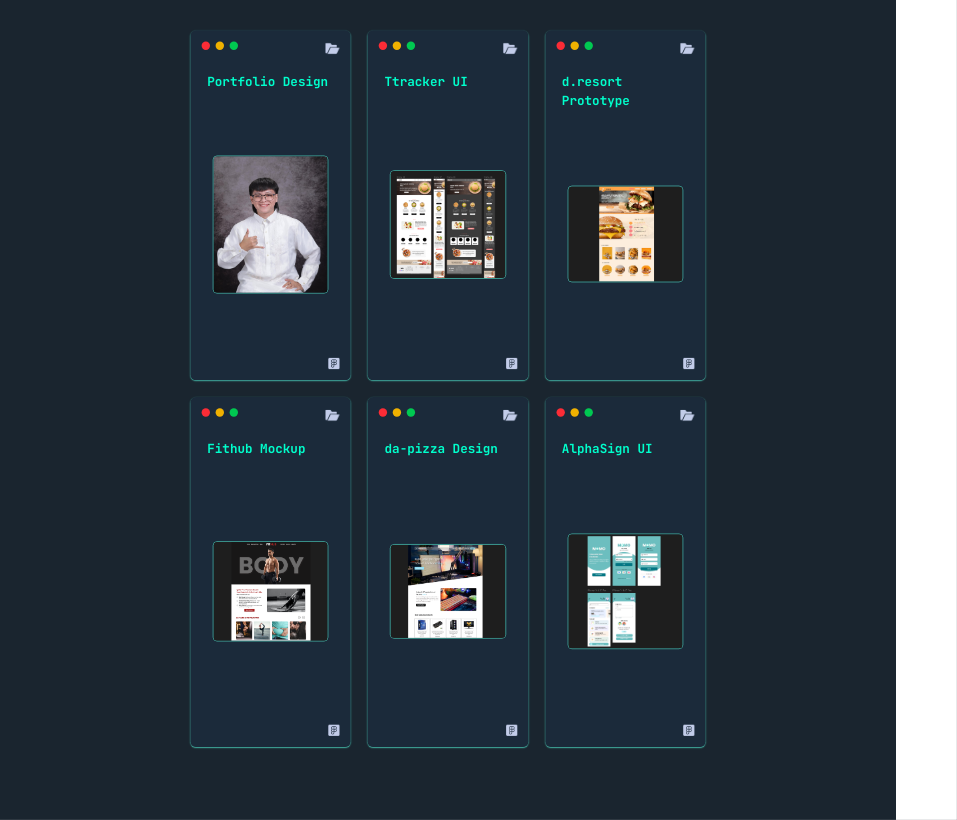
Repository: m4rsu-code/Portfolio
Page: / (app in my-portfolio/)
The author's editor kept a copy of each file at every save. The page is drawn from the files as they stood at one save, then again after the next save.
The browser window is 1280 px wide. The page is 1367 px wide, so the pictures cover 1367 px, including what lies to the right of the window. The pictures show the part of the page from y = 3745 to 5505 px (the page is 4917 px tall before and 5505 px after), at 70% of full size.
The project was rebuilt for these pictures with package versions that can differ from the ones it lists, and the page was loaded fresh each time. Also part of the build but not shown: my-portfolio/vite.config.js, my-portfolio/src/assets/components/Modal/AchievementModal.jsx, my-portfolio/src/AchievementsPage.jsx, my-portfolio/src/ProjectPage.jsx.

Above is the page before, as saved 2025-08-04 16:47:03.

After the next save:
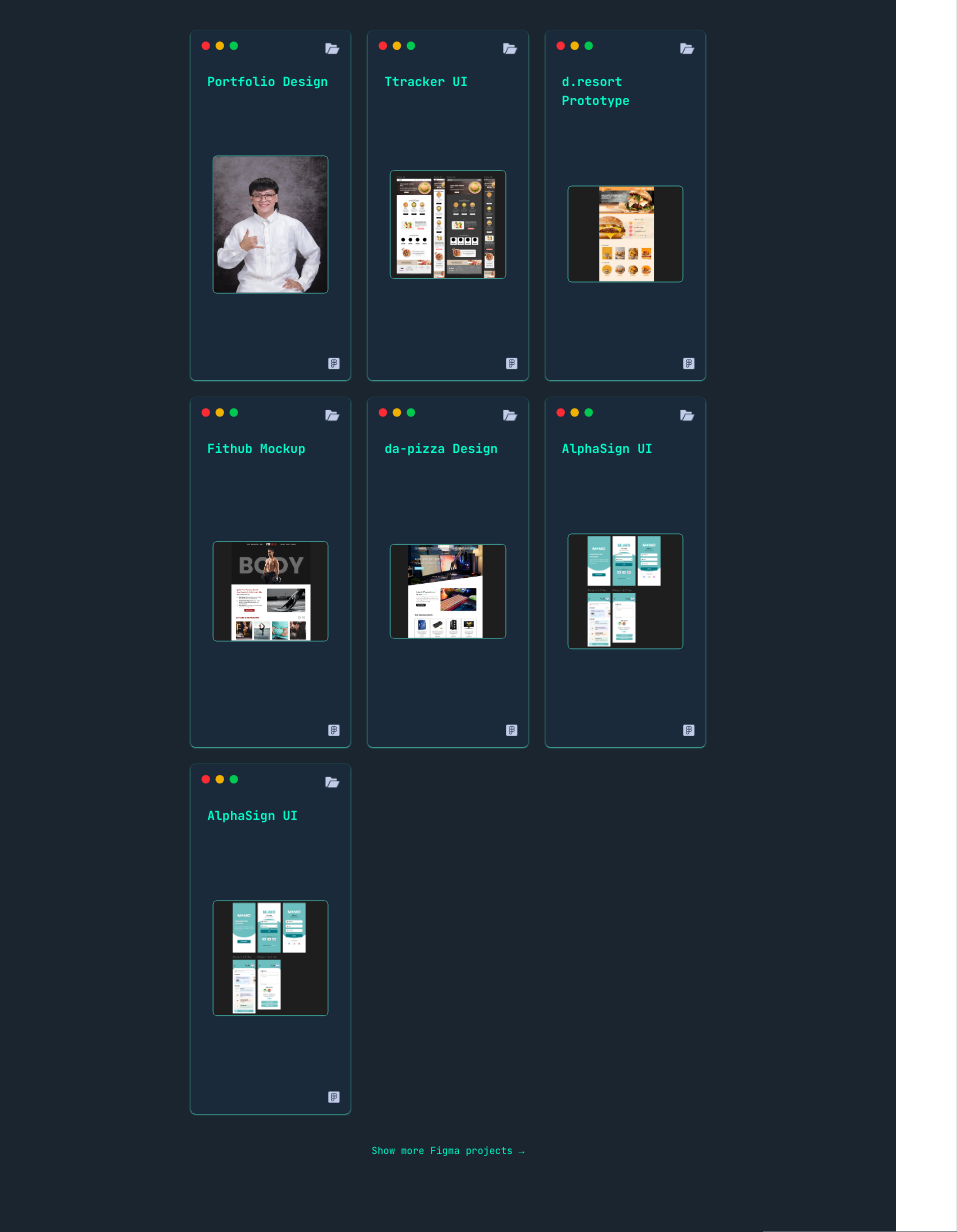
Saved 61 s later.
--- a/my-portfolio/src/App.jsx
+++ b/my-portfolio/src/App.jsx
@@ -90,6 +90,13 @@ function App() {
       image: '/Images/figma5.png',
       figmaLink: 'https://www.figma.com/file/your-dapizza-design-link',
     },
+    {
+      id: 6,
+      title: 'AlphaSign UI',
+      image: '/Images/figma6.png',
+      figmaLink: 'https://www.figma.com/file/your-alphasign-ui-link',
+    },
+
     {
       id: 6,
       title: 'AlphaSign UI',

After the save that followed:
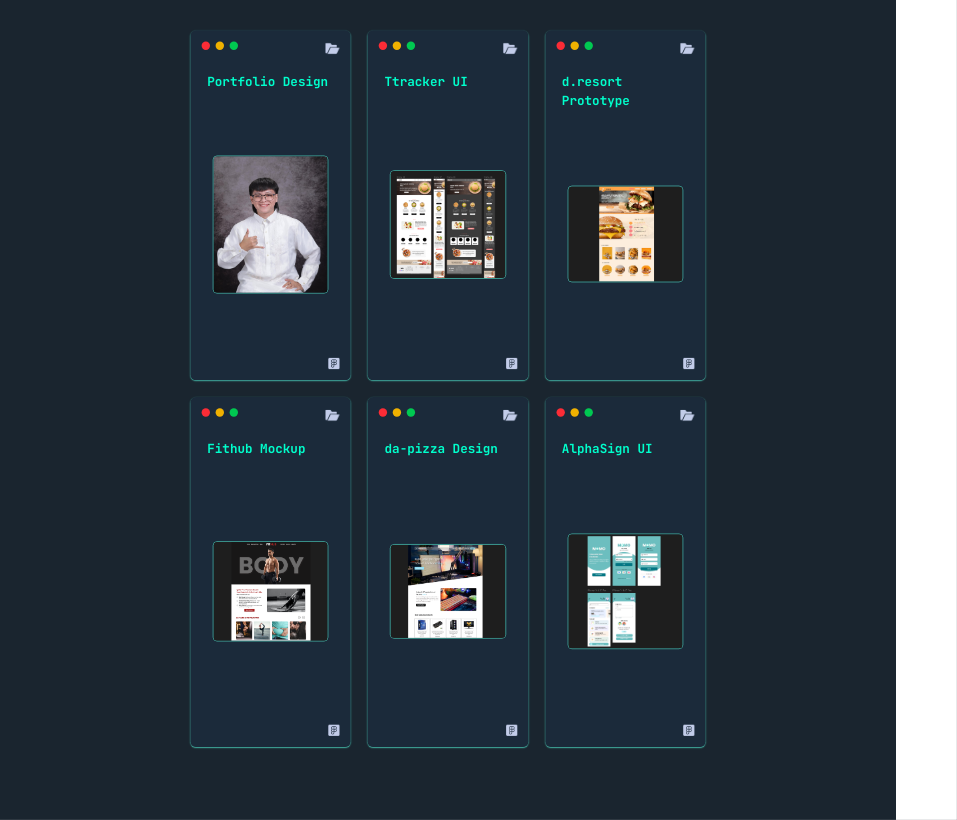
Saved 6 s later.
--- a/my-portfolio/src/App.jsx
+++ b/my-portfolio/src/App.jsx
@@ -97,12 +97,6 @@ function App() {
       figmaLink: 'https://www.figma.com/file/your-alphasign-ui-link',
     },
 
-    {
-      id: 6,
-      title: 'AlphaSign UI',
-      image: '/Images/figma6.png',
-      figmaLink: 'https://www.figma.com/file/your-alphasign-ui-link',
-    },
   ];
 
   const openModal = (achievement) => {
